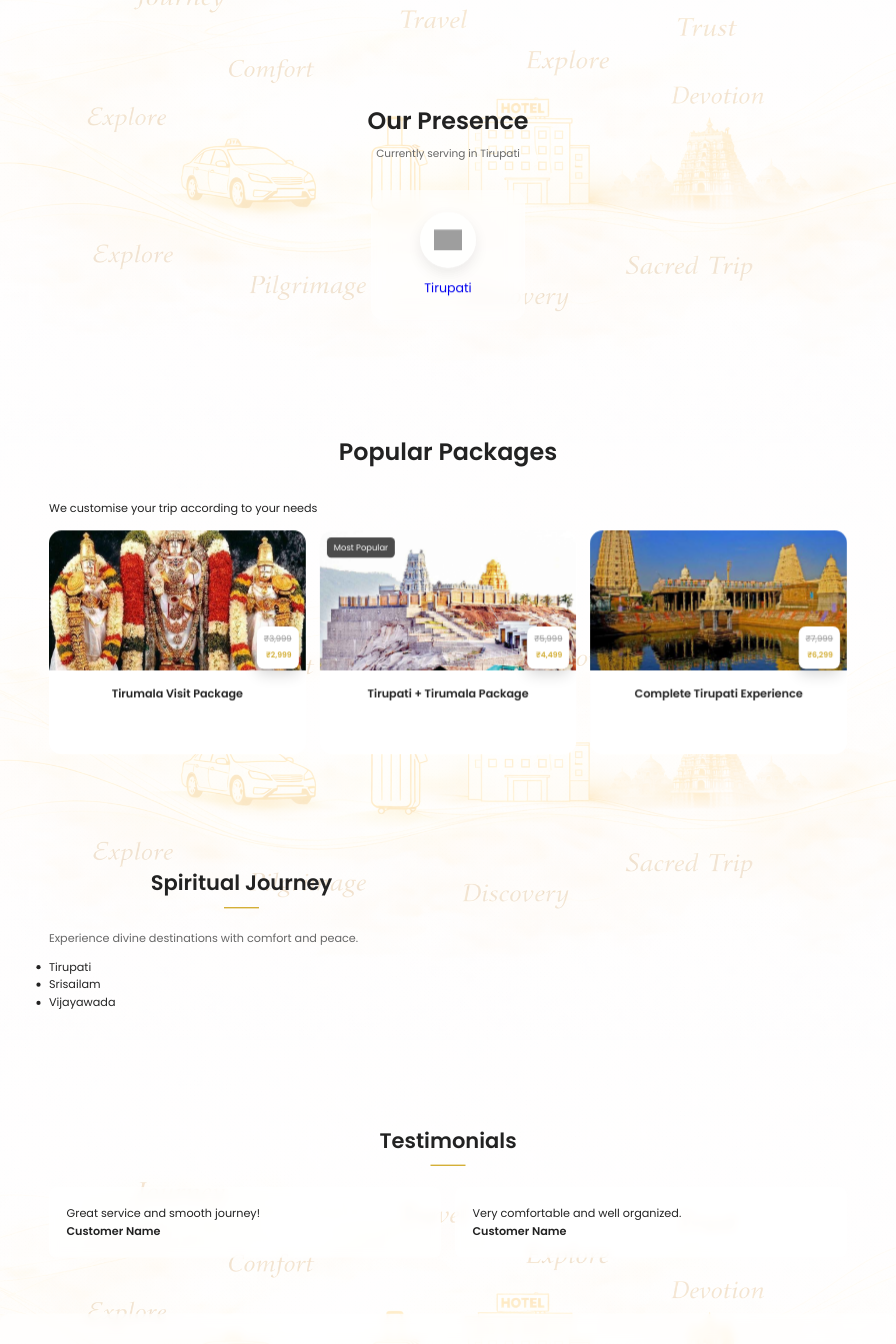
Repository: heytirupati/Bookingweb
Page: index.html
These files come from the project's save history. The page is drawn as it stood at one moment and after a run of saves; the edit follows.
The browser window is 1280 px wide. The pictures show the part of the page from y = 1074 to 2994 px (the page is 3289 px tall), at 70% of full size.
Pictures or frames that could not be fetched are drawn as grey boxes. Backgrounds fixed to the window are drawn as part of the page.

Above is the page before, as saved 2026-03-28 12:33:11.

After the next 2 saves:
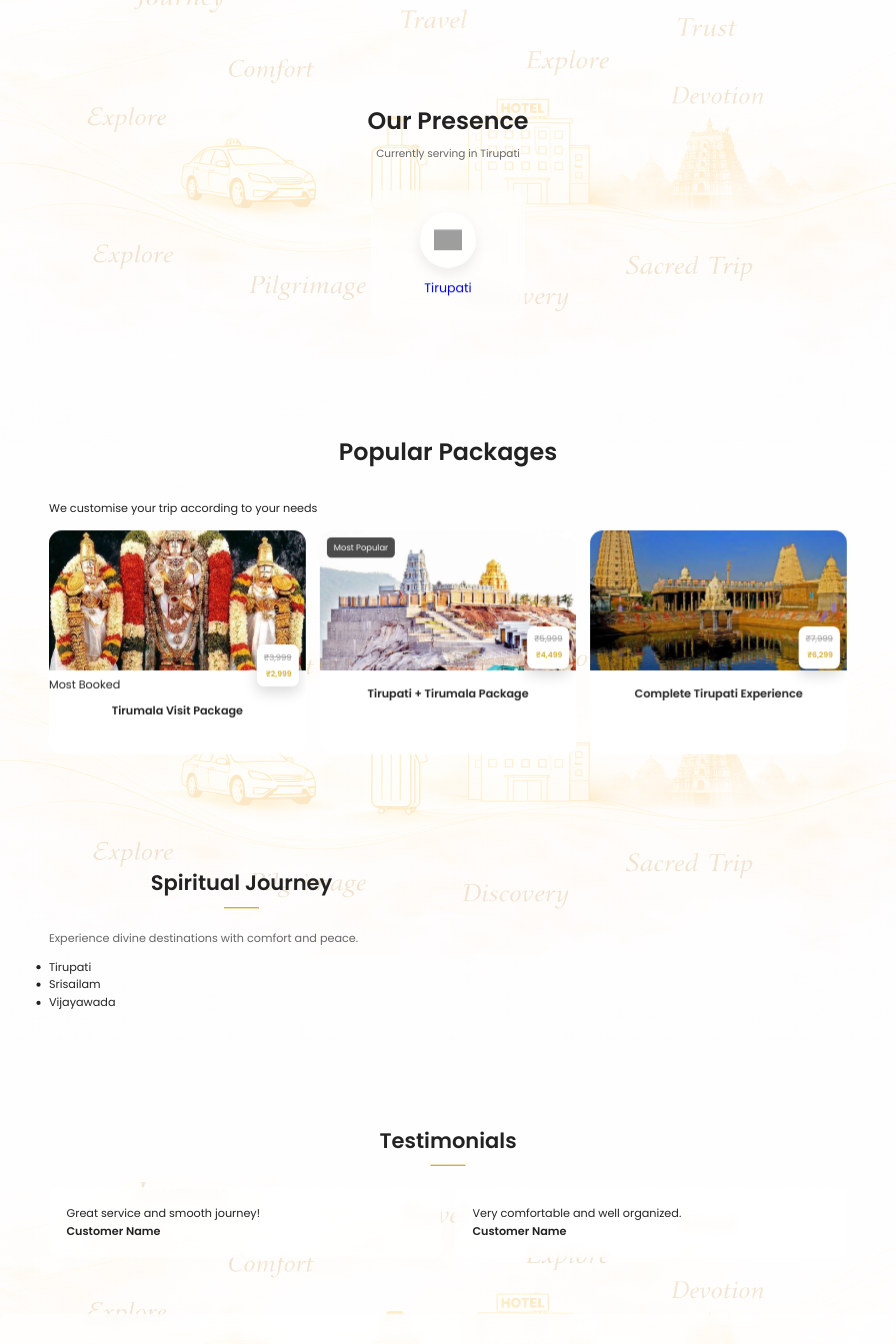
The 2 saves are shown as one change because they came seconds apart.
The last was saved 3 s later.
--- a/index.html
+++ b/index.html
@@ -162,7 +162,7 @@
                     <div class="package-front">
                         <div class="package-image">
                             <img src="images/p1.jpg" alt="">
-
+                        <span class="most-booked">Most Booked</span>
                             <div class="price-badge">
                                 <span class="old-price">₹3,999</span>
                                 <span class="new-price">₹2,999</span>

After the save that followed:
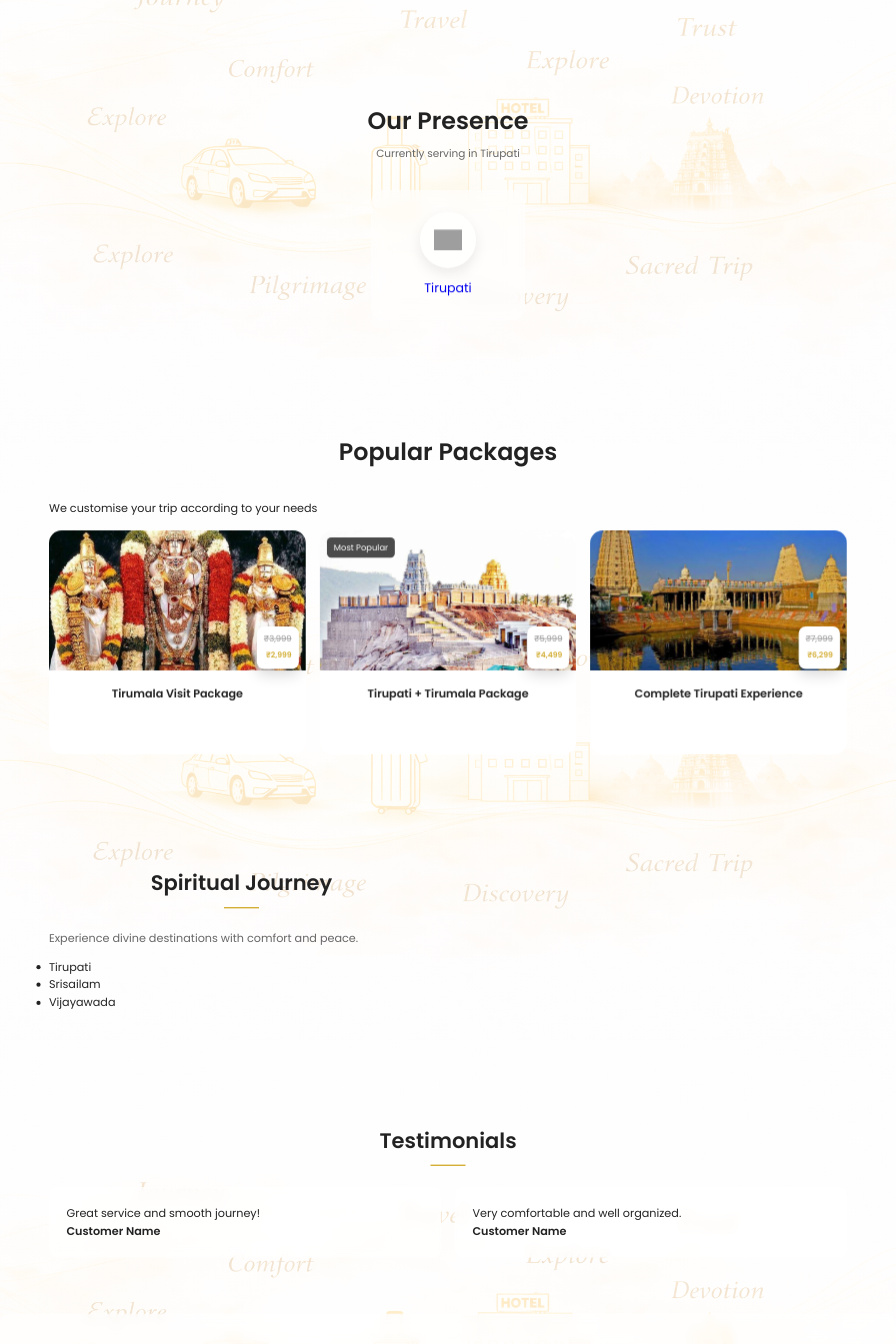
Saved 10 s later.
--- a/index.html
+++ b/index.html
@@ -162,7 +162,7 @@
                     <div class="package-front">
                         <div class="package-image">
                             <img src="images/p1.jpg" alt="">
-                        <span class="most-booked">Most Booked</span>
+
                             <div class="price-badge">
                                 <span class="old-price">₹3,999</span>
                                 <span class="new-price">₹2,999</span>
